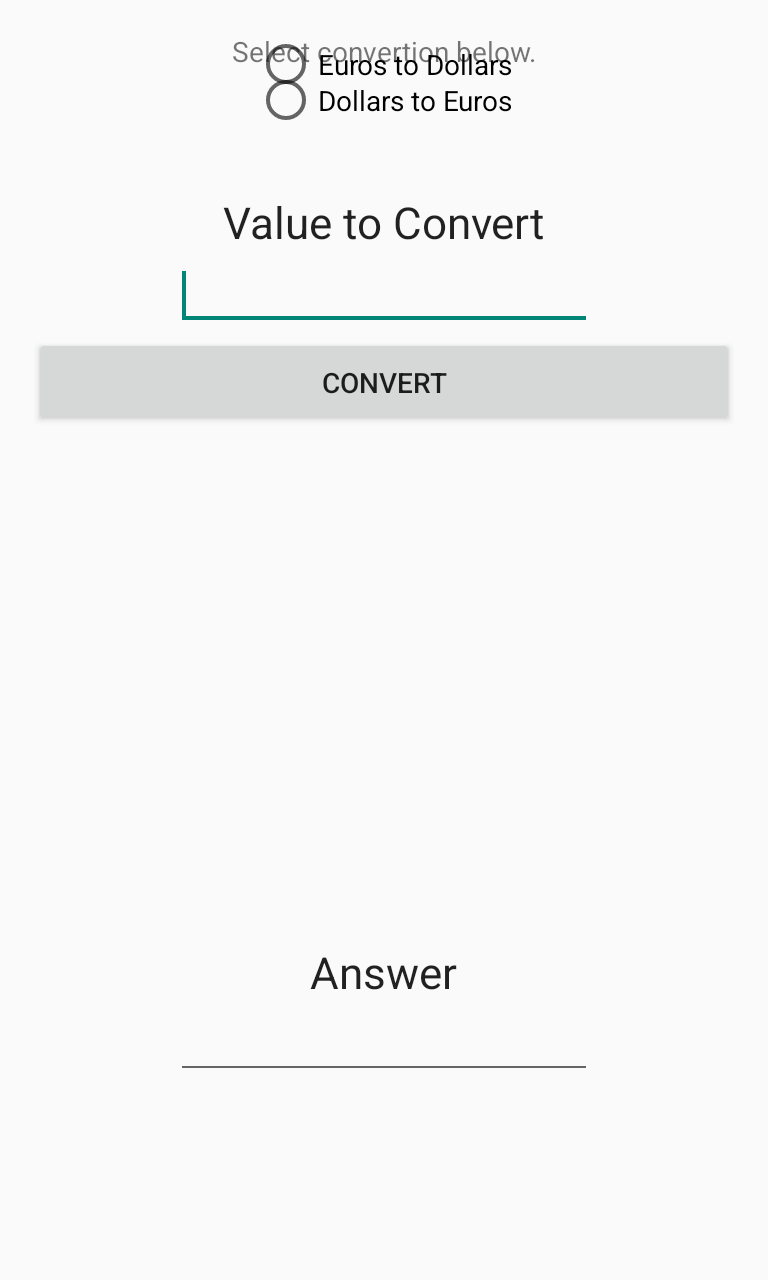
Repository: awayzo/6300Fall14Assignment4
Layout: UnitConvertor/res/layout/activity_currency.xml
These files come from the project's save history. The layout is drawn as it stood at one moment and after the next save; the edit follows.
It is drawn on a 768 x 1280 px phone screen (xhdpi) without system bars, with theme AppTheme; the app's code is not run.

Above is the layout before, as saved 2014-09-27 07:28:25.

### UnitConvertor/res/layout/activity_currency.xml
<RelativeLayout xmlns:android="http://schemas.android.com/apk/res/android"
    xmlns:tools="http://schemas.android.com/tools"
    android:layout_width="match_parent"
    android:layout_height="match_parent"
    android:paddingBottom="@dimen/activity_vertical_margin"
    android:paddingLeft="@dimen/activity_horizontal_margin"
    android:paddingRight="@dimen/activity_horizontal_margin"
    android:paddingTop="@dimen/activity_vertical_margin"
    tools:context="edu.gatech.seclass.unitconvertor.CurrencyActivity" >

    <TextView
        android:id="@+id/lblAnswer"
        android:layout_width="wrap_content"
        android:layout_height="wrap_content"
        android:layout_above="@+id/txtAnswer"
        android:layout_centerHorizontal="true"
        android:text="Answer"
        android:textAppearance="?android:attr/textAppearanceLarge" />

    <TextView
        android:id="@+id/lblTitle_Currency"
        android:layout_width="wrap_content"
        android:layout_height="wrap_content"
        android:layout_alignParentTop="true"
        android:layout_centerHorizontal="true"
        android:text="Select convertion below." />

    <RadioButton
        android:id="@+id/MilesToKilometers"
        android:layout_width="wrap_content"
        android:layout_height="wrap_content"
        android:layout_below="@+id/lblTitle"
        android:layout_centerHorizontal="true"
        android:layout_marginTop="18dp"
        android:text="Dollars to Euros" />

    <RadioButton
        android:id="@+id/radioEurosToDollars"
        android:layout_width="wrap_content"
        android:layout_height="wrap_content"
        android:layout_below="@+id/radioDollarsToEuro"
        android:layout_centerHorizontal="true"
        android:text="Euros to Dollars" />

    <TextView
        android:id="@+id/lblValue"
        android:layout_width="wrap_content"
        android:layout_height="wrap_content"
        android:layout_below="@+id/radioEurosToDollars"
        android:layout_centerHorizontal="true"
        android:layout_marginTop="48dp"
        android:text="Value to Convert"
        android:textAppearance="?android:attr/textAppearanceLarge" />

    <EditText
        android:id="@+id/txtValue"
        android:layout_width="wrap_content"
        android:layout_height="wrap_content"
        android:layout_below="@+id/lblValue"
        android:layout_centerHorizontal="true"
        android:ems="10"
        android:inputType="numberDecimal" >

        <requestFocus />
    </EditText>
    <EditText
        android:id="@+id/txtAnswer"
        android:layout_width="wrap_content"
        android:layout_height="wrap_content"
        android:layout_alignLeft="@+id/txtValue"
        android:layout_alignParentBottom="true"
        android:layout_marginBottom="82dp"
        android:ems="10"
        android:inputType="numberDecimal" />

    <Button
        android:id="@+id/btnConvert"
        android:layout_width="match_parent"
        android:layout_height="wrap_content"
        android:layout_below="@+id/txtValue"
        android:layout_centerHorizontal="true"
        android:text="Convert" />

</RelativeLayout>

Loaded but not shown: UnitConvertor/res/values/styles.xml (common file); UnitConvertor/res/values-v11/styles.xml (common file); UnitConvertor/res/values-v14/styles.xml (common file); UnitConvertor/res/values/dimens.xml (common file); UnitConvertor/res/values-w820dp/dimens.xml (common file)

After the next save:
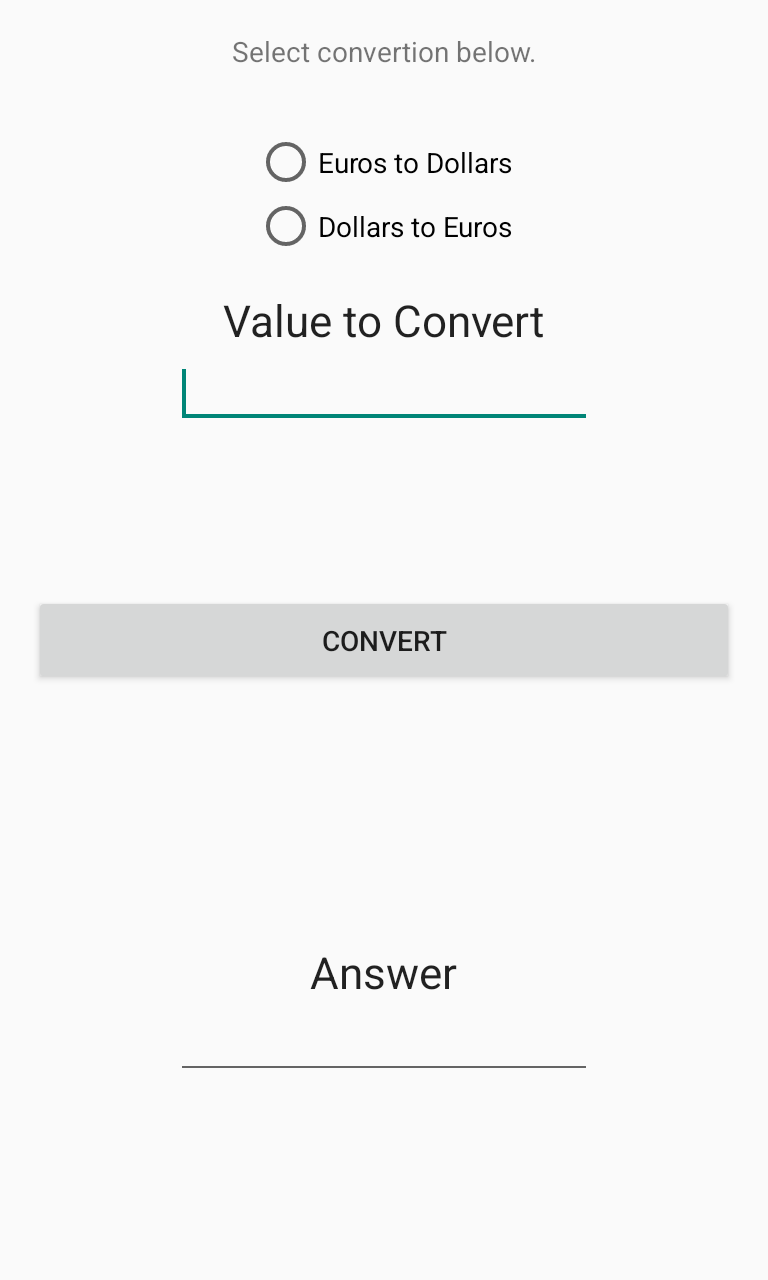
Saved 58 s later.
--- a/UnitConvertor/res/layout/activity_currency.xml
+++ b/UnitConvertor/res/layout/activity_currency.xml
@@ -25,33 +25,6 @@
         android:layout_centerHorizontal="true"
         android:text="Select convertion below." />
 
-    <RadioButton
-        android:id="@+id/MilesToKilometers"
-        android:layout_width="wrap_content"
-        android:layout_height="wrap_content"
-        android:layout_below="@+id/lblTitle"
-        android:layout_centerHorizontal="true"
-        android:layout_marginTop="18dp"
-        android:text="Dollars to Euros" />
-
-    <RadioButton
-        android:id="@+id/radioEurosToDollars"
-        android:layout_width="wrap_content"
-        android:layout_height="wrap_content"
-        android:layout_below="@+id/radioDollarsToEuro"
-        android:layout_centerHorizontal="true"
-        android:text="Euros to Dollars" />
-
-    <TextView
-        android:id="@+id/lblValue"
-        android:layout_width="wrap_content"
-        android:layout_height="wrap_content"
-        android:layout_below="@+id/radioEurosToDollars"
-        android:layout_centerHorizontal="true"
-        android:layout_marginTop="48dp"
-        android:text="Value to Convert"
-        android:textAppearance="?android:attr/textAppearanceLarge" />
-
     <EditText
         android:id="@+id/txtValue"
         android:layout_width="wrap_content"
@@ -73,12 +46,39 @@
         android:ems="10"
         android:inputType="numberDecimal" />
 
+    <RadioButton
+        android:id="@+id/radioEurosToDollars"
+        android:layout_width="wrap_content"
+        android:layout_height="wrap_content"
+        android:layout_alignLeft="@+id/MilesToKilometers"
+        android:layout_below="@+id/lblTitle_Currency"
+        android:layout_marginTop="30dp"
+        android:text="Euros to Dollars" />
+
+    <RadioButton
+        android:id="@+id/MilesToKilometers"
+        android:layout_width="wrap_content"
+        android:layout_height="wrap_content"
+        android:layout_below="@+id/radioEurosToDollars"
+        android:layout_centerHorizontal="true"
+        android:text="Dollars to Euros" />
+
+    <TextView
+        android:id="@+id/lblValue"
+        android:layout_width="wrap_content"
+        android:layout_height="wrap_content"
+        android:layout_below="@+id/MilesToKilometers"
+        android:layout_centerHorizontal="true"
+        android:layout_marginTop="16dp"
+        android:text="Value to Convert"
+        android:textAppearance="?android:attr/textAppearanceLarge" />
+
     <Button
         android:id="@+id/btnConvert"
         android:layout_width="match_parent"
         android:layout_height="wrap_content"
-        android:layout_below="@+id/txtValue"
         android:layout_centerHorizontal="true"
+        android:layout_centerVertical="true"
         android:text="Convert" />
 
 </RelativeLayout>
